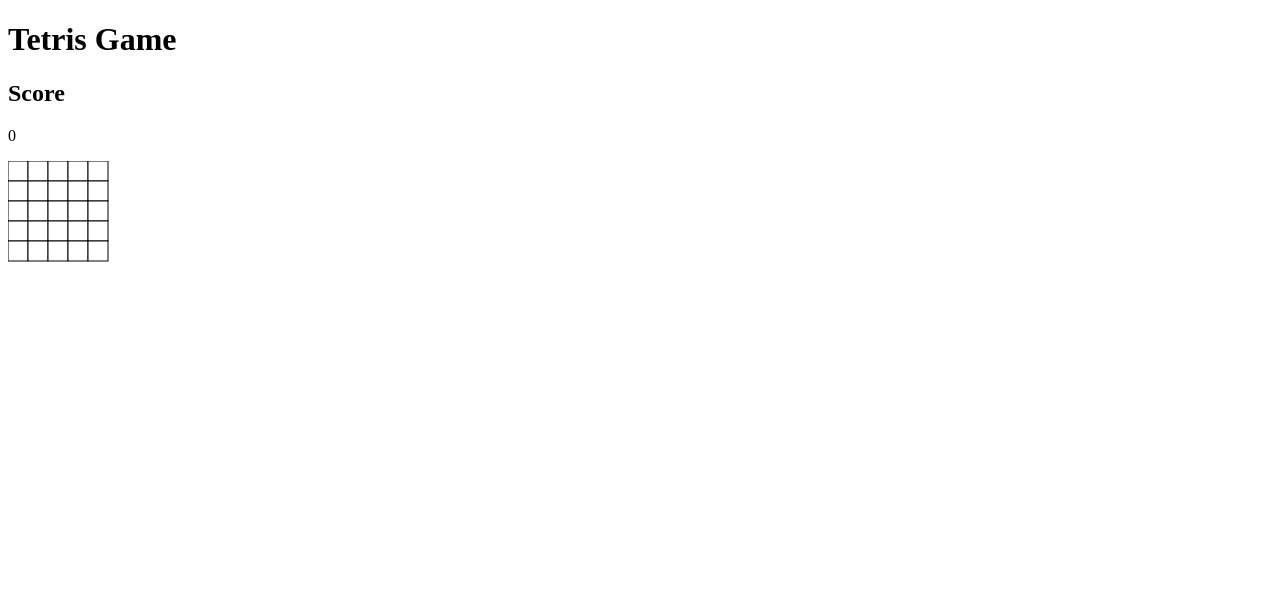
Repository: nlbien22/games
Page: Tetris/index.html
These files come from the project's save history. The page is drawn as it stood at one moment and after a run of saves; the edit follows.
The browser window is 1280 px wide. The pictures show the whole page.

Above is the page before, as saved 2024-11-14 21:49:44.

After the next 3 saves:
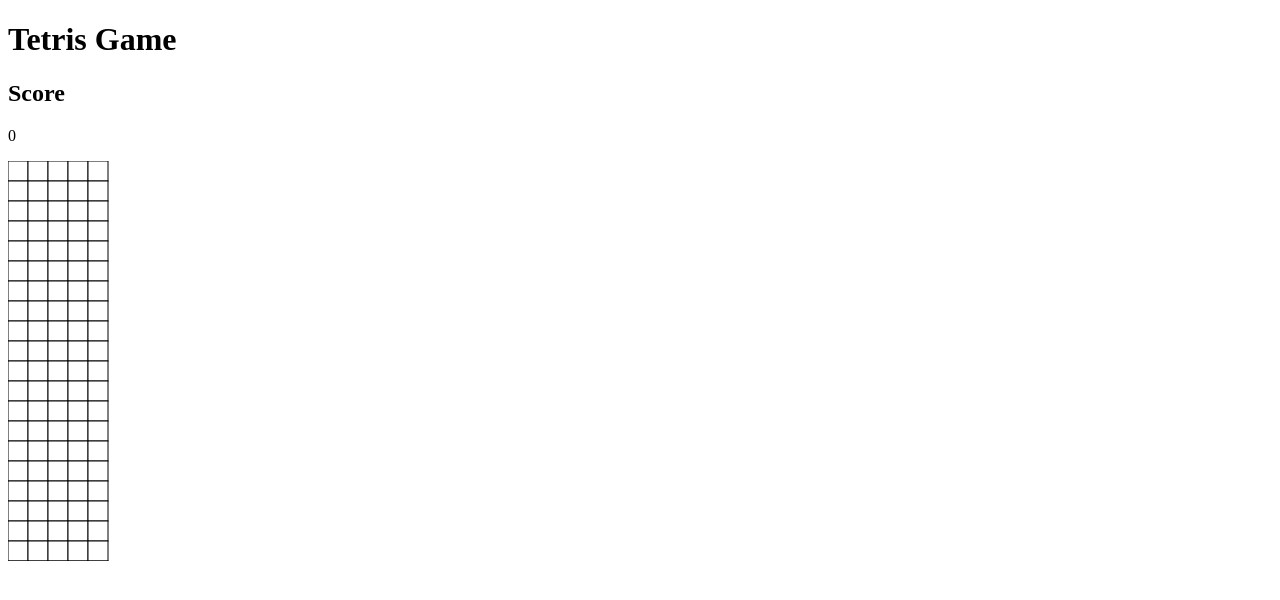
The 3 saves are shown as one change because they came seconds apart.
The last was saved 8 s later.
--- a/Tetris/script.js
+++ b/Tetris/script.js
@@ -1,7 +1,7 @@
 const canvas = document.getElementById('tetris');
 const context = canvas.getContext('2d');
 
-const ROW = 5;
+const ROW = 45;
 const COL = 5;
 const SQ = 20;
 const COLOR = 'WHITE';
